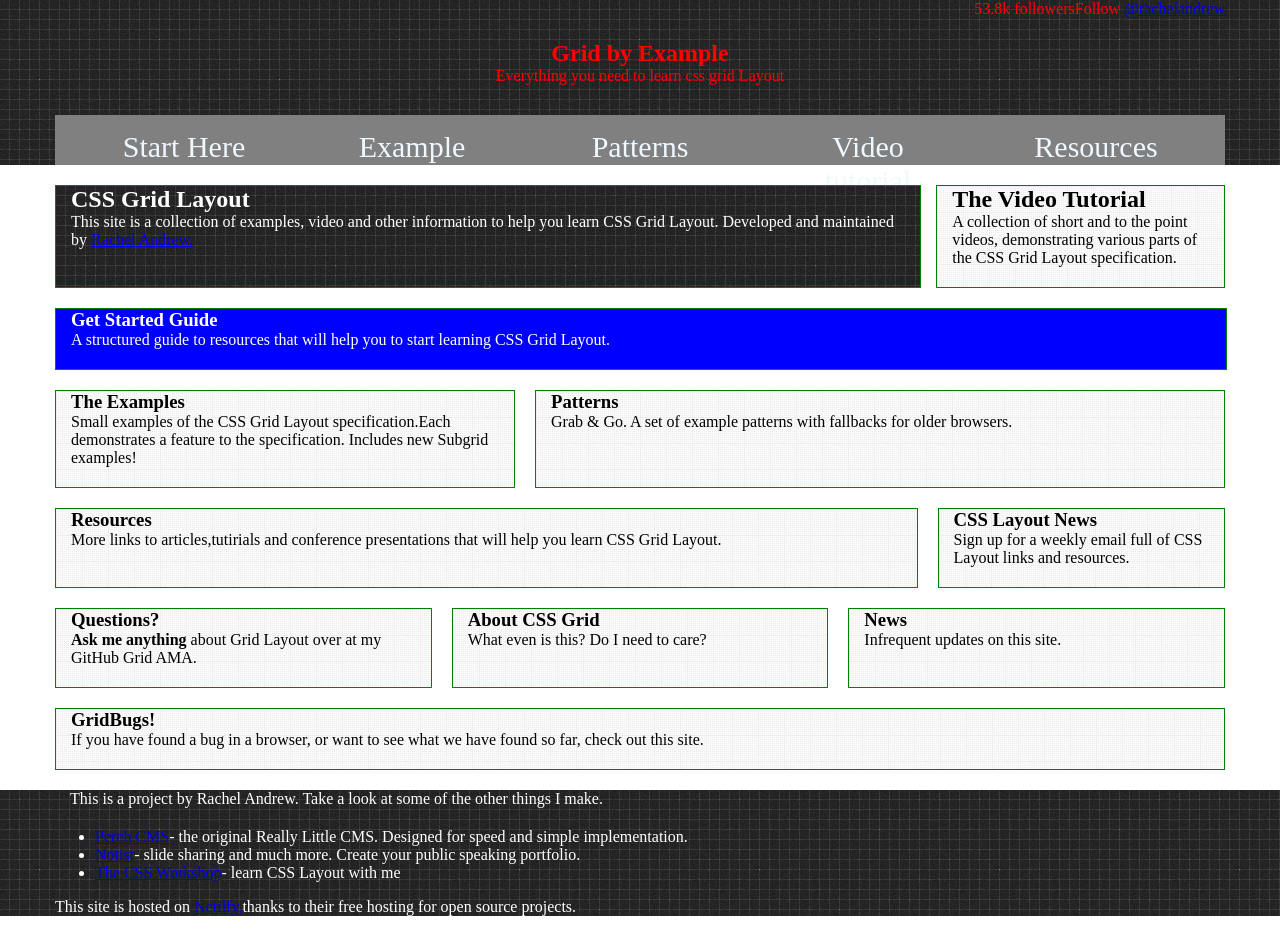
Repository: sitikhusushan/grid
Page: index.html
These files come from the project's save history. The page is drawn as it stood at one moment and after the next save; the edit follows.
The browser window is 1280 px wide. The pictures show the whole page.

Above is the page before, as saved 2020-05-13 19:36:14.

### index.html
<!DOCTYPE html>
<html lang="en">
  <head>
    <meta charset="UTF-8" />
    <meta name="viewport" content="width=device-width, initial-scale=1.0" />
    <title>Grid View</title>
    <link rel="stylesheet" href="style.css" />
    <!-- <link href="/your-path-to-fontawesome/css/all.css" rel="stylesheet"> -->
  </head>
  <body>
    <header>
    <div class="header">
      <div class="container">
        <div class="balance">
          <div class="social">
            <a href="#"><i class="fab fa-twitter"></i>
            </a>
          <span> Follow <a href="#">@rachelandrew</a></span>
          <span> 53.8k followers</span>
          </div>
          <div class="top">
        <h2>Grid by Example</h2>
        <p>Everything you need to learn css grid Layout</p>
        </div>
        </div>
        <ul>
          <li>Start Here</li>
          <li>Example</li>
          <li>Patterns</li>
          <li>Video tutorial</li>
          <li>Resources</li>
        </ul>
      </div>
    </div>
    </header>
    <div class="layout">
      <div class="container">
        <div class="layouts">
        <div class="left">
          <h2>CSS Grid Layout</h2>
          <p>
            This site is a collection of examples, video and other information
            to help you learn CSS Grid Layout. Developed and maintained by
            <a href="#">Rachel Andrew.</a>
          </p>
        </div>
        <div class="right">
          <h2>The Video Tutorial</h2>
          <p>
            A collection of short and to the point videos, demonstrating various
            parts of the CSS Grid Layout specification.
          </p>
        </div>
      </div>
    </div>
    </div>
    <div class="guide ">
      <div class="container">
        <div class="guides">
        <h3>Get Started Guide</h3>
        <p>
          A structured guide to resources that will help you to start learning
          CSS Grid Layout.
        </p>
      </div>
      </div>
    </div>
    <div class="new">
      <div class="container">
        <div class="news">
        <div class="left">
          <h3>The Examples</h3>
          <p>
            Small examples of the CSS Grid Layout specification.Each
            demonstrates a feature to the specification. Includes new Subgrid
            examples!
          </p>
        </div>
        <div class="right">
          <h3>Patterns</h3>
          <p>
            Grab & Go. A set of example patterns with fallbacks for older
            browsers.
          </p>
        </div>
      </div>
    </div>
    </div>
    <div class="resources">
      <div class="container">
        <div class="rs">
        <div class="left">
          <h3>Resources</h3>
          <p>
            More links to articles,tutirials and conference presentations that
            will help you learn CSS Grid Layout.
          </p>
        </div>
        <div class="right">
          <h3>CSS Layout News</h3>
          <p>
            Sign up for a weekly email full of CSS Layout links and resources.
          </p>
        </div>
      </div>
    </div>
    </div>
    <div class="question">
      <div class="container">
        <div class="qs">
        <div class="left">
          <h3>Questions?</h3>
          <p>
            <b>Ask me anything</b> about Grid Layout over at my GitHub Grid AMA.
          </p>
        </div>
        <div class="middle">
          <h3>About CSS Grid</h3>
          <p>What even is this? Do I need to care?</p>
        </div>
        <div class="right">
          <h3>News</h3>
          <p>Infrequent updates on this site.</p>
        </div>
      </div>
      </div>
    </div>
    <div class="bugs">
      <div class="container">
        <div class="bug">
        <h3>GridBugs!</h3>
        <p>
          If you have found a bug in a browser, or want to see what we have
          found so far, check out this site.
        </p>
      </div>
    </div>
    </div>
  <footer>
    <div class="foo">
      <div class="container">
      <p>This is a project by Rachel Andrew. Take a look at some of the other things I make.
        <ul>
          <li><a href="#">Perch CMS</a>- the original Really Little CMS. Designed for speed and simple implementation.</li>
          <li><a href="#">Notist</a>- slide sharing and much more. Create your public speaking portfolio.</li>
          <li><a href="#">The CSS Workshop</a>- learn CSS Layout with me</li>
        </ul>
        This site is hosted on <a href="#">Netilfy,</a>thanks to their free hosting for open source projects.
      </p>
      </div>
    </div>
  </footer>
  </body>
</html>

### style.css
body {
  padding: 0px;
  margin: 0px;
}

.container {
  width: 1170px;
  margin-left: auto;
  margin-right: auto;
  max-width: 100%;
  padding-left: 15px;
  padding-right: 15px;
}

/* .social {
  float: right;
  margin-bottom: 50px;
} */

img {
  width: 15px;
  height: 15px;
  margin: 0px;
  padding: 0px;
}

.social p {
  border-radius: 5px;
  border: salmon 1px solid;
  background-color: whitesmoke;
}

/* * {
  -webkit-box-sizing: border-box;
  -moz-box-sizing: border-box;
  box-sizing: border-box;
} */

.header {
  background-image: url("image/inflicted.png");
  color: aliceblue;
}

.balance {
  text-align: center;
  color: red;
}

/* .top {
  position: initial;
  top: 50%;
  left: 50%;
  transform: translate(-50%, -50%);
} */
.balance h2 {
  padding-top: 40px;
}
/* .header ul {} */

/*
.header .container {
  margin: 0px;
  padding: 0px;
} */

.header ul {
  list-style: none;
  display: grid;
  grid-template-columns: repeat(5, 1fr);
  grid-gap: 50px;
  font-size: 30px;
  grid-auto-rows: 50px;
  margin-bottom: auto;
  text-align: center;
  background-color: grey;
  padding-right: 40px;
}
.header li {
  padding: 15px;
}

/* .social a {
  float: right;
} */

/* .social {
  display: grid;
  grid-template-columns: repeat(3, 1fr);
} */

span {
  float: right;
  /* padding-bottom: 50px; */
}

.header li:hover {
  background-color: black;
}

.layout .left {
  background-image: url("image/inflicted.png");
  color: #ffffff;
}

.right {
  background-image: url("image/tiny_grid.png");
}

.guides {
  width: 100%;
  background-color: blue;
  color: #ffffff;
  border: solid 1px green;
}

.left {
  background-image: url("image/tiny_grid.png");
}

.middle {
  background-image: url("image/tiny_grid.png");
}

.bug {
  background-image: url("image/tiny_grid.png");
  margin-bottom: 20px;
  border: solid 1px green;
}

footer {
  background-image: url("image/inflicted.png");
  color: #ffffff;
}

.layouts {
  display: grid;
  grid-template-columns: 3fr 1fr;
  grid-gap: 15px;
  margin-top: 20px;
  margin-bottom: 20px;
}

.layouts > div,
.news > div,
.rs > div,
.qs > div {
  border: solid 1px green;
}

.news {
  display: grid;
  grid-template-columns: 2fr 3fr;
  grid-gap: 20px;
  margin-top: 20px;
  margin-bottom: 20px;
}

.rs {
  display: grid;
  grid-template-columns: 3fr 1fr;
  grid-gap: 20px;
}

.qs {
  display: grid;
  grid-template-columns: 1fr 1fr 1fr;
  grid-gap: 20px;
  margin-top: 20px;
  margin-bottom: 20px;
}

h3,
p,
h2 {
  margin: 0px;
  padding-left: 15px;
  padding-right: 15px;
}

p {
  margin-bottom: 20px;
}

After the next save:
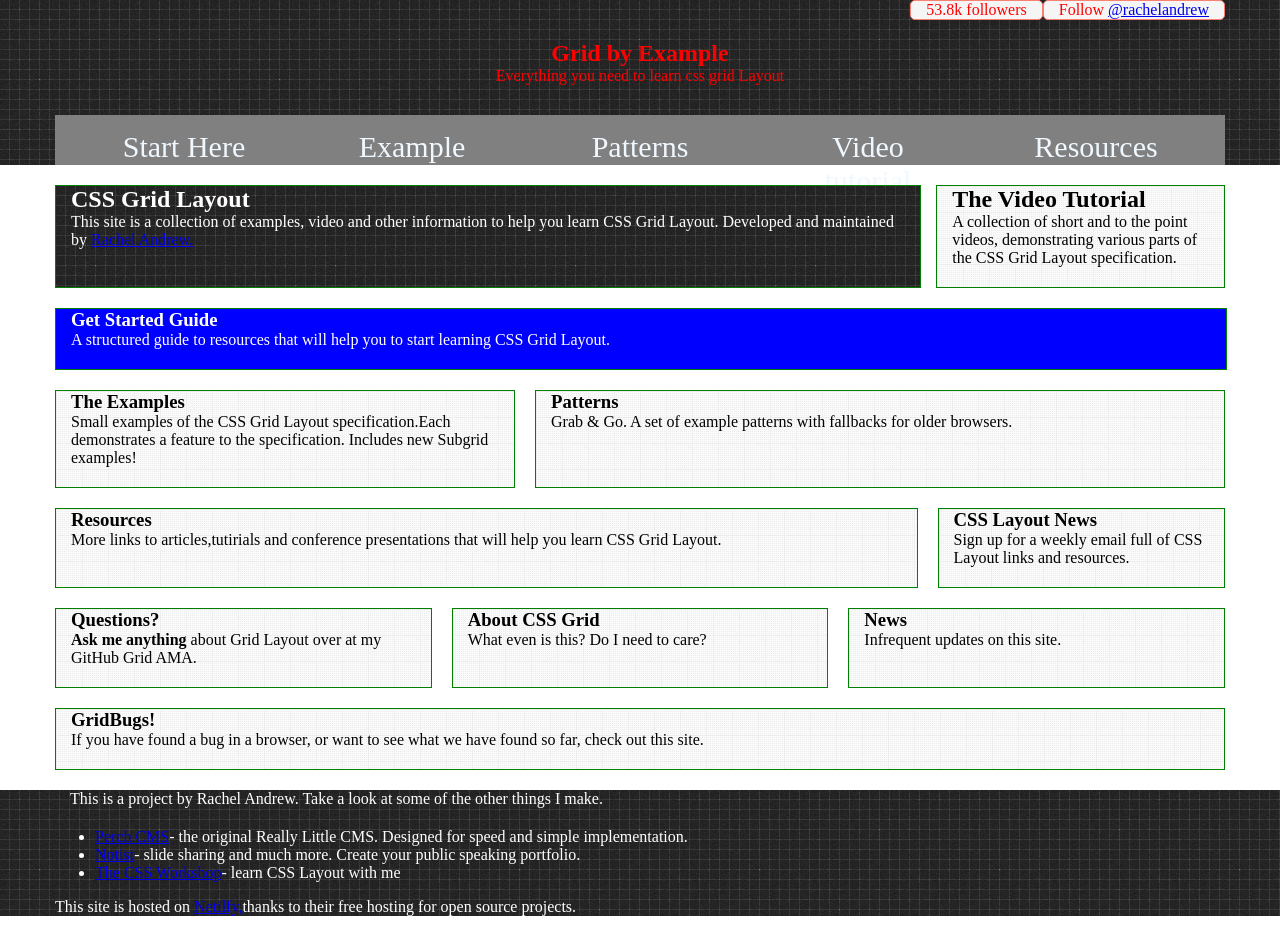
Saved 105 s later.
--- a/index.html
+++ b/index.html
@@ -15,8 +15,9 @@
           <div class="social">
             <a href="#"><i class="fab fa-twitter"></i>
             </a>
-          <span> Follow <a href="#">@rachelandrew</a></span>
-          <span> 53.8k followers</span>
+          <span> <p> Follow <a href="#">@rachelandrew</a> </p></span>
+          <span> <p> 53.8k followers</p>
+          </span>
           </div>
           <div class="top">
         <h2>Grid by Example</h2>
